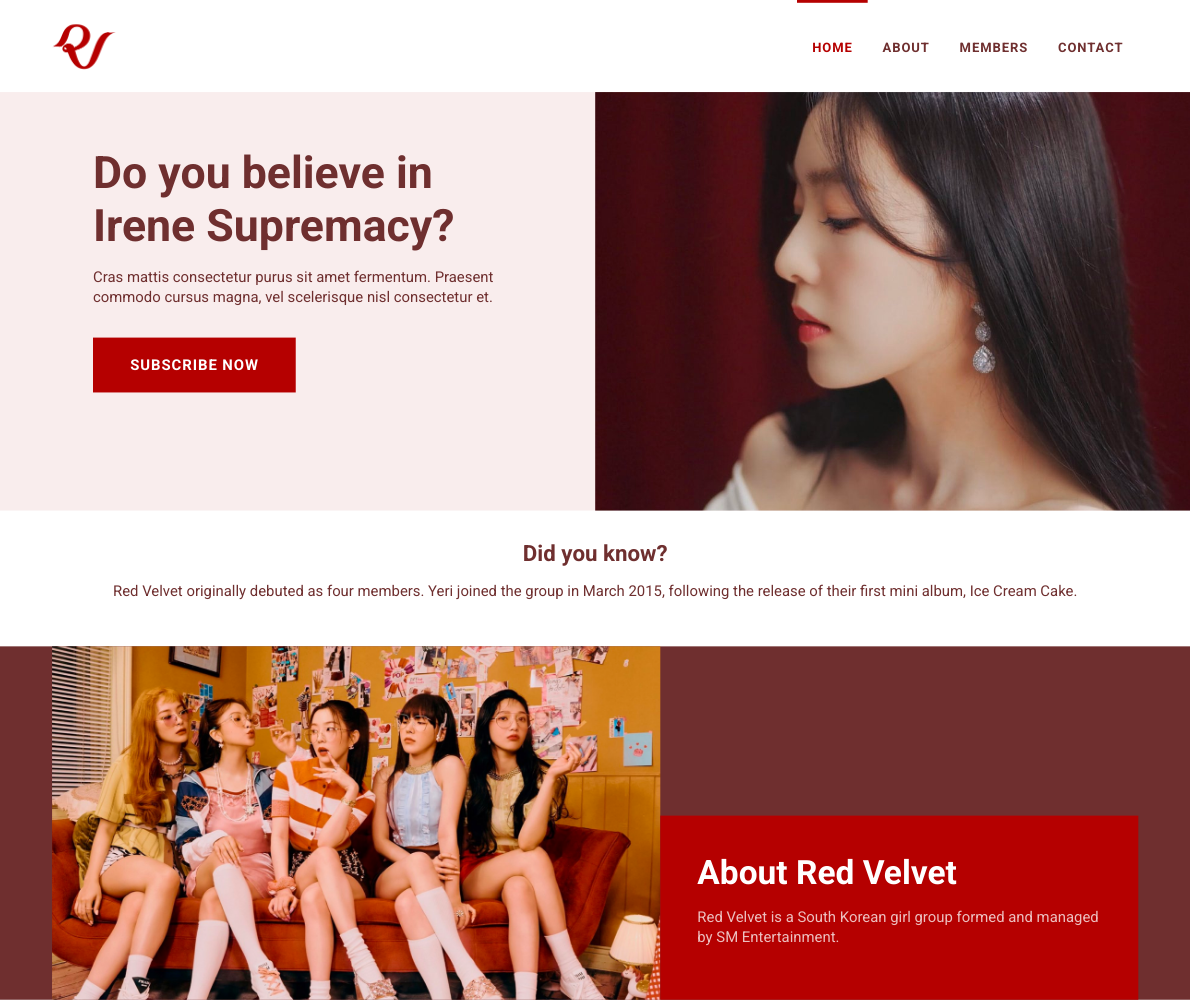
Repository: stillnotdavid/eternity-university
Page: app/index.html
These files come from the project's save history. The page is drawn as it stood at one moment and after the next save; the edit follows.
The browser window is 1280 px wide. The pictures show the whole page, at 93% of full size.
The style sheet was rebuilt from its Sass, Less or Tailwind sources for each picture, by a compiler version that may differ from the author's.

Above is the page before, as saved 2021-12-03 23:57:06.

### app/index.html
<!doctype html>
<html class="no-js" lang="">

<head>
  <meta charset="utf-8">
  <meta name="description" content="">

  <meta name="viewport" content="width=device-width, initial-scale=1, shrink-to-fit=no">
  <title>Red Velvet Fansite</title>
  <link rel="apple-touch-icon" href="apple-touch-icon.png">
  <!-- Place favicon.ico in the root directory -->
  <!-- build:css styles/vendor.css -->
  <!-- endbuild -->
  <!-- build:css styles/main.css -->
  <link rel="stylesheet" href="styles/main.css">
  <!-- endbuild -->
  <!-- build:js scripts/modernizr.js -->
  <script src="scripts/modernizr.js"></script>
  <!-- endbuild -->
</head>

<body>
  <!--[if IE]>
      <p class="browserupgrade">You are using an <strong>outdated</strong> browser. Please <a href="http://browsehappy.com/">upgrade your browser</a> to improve your experience.</p>
    <![endif]-->
  <header class="header">
    <div class="container header__container">
      <a class="header__logo" href="#"><img class="header__logo-image" src="images/logo.png"
          alt="Red Velvet Logo" /></a>
      <nav class="header__nav">
        <ul class="header__nav-links">
          <li class="header__nav-item">
            <a class="header__nav-link header__nav-link--active" href="">Home</a>
          </li>
          <li class="header__nav-item">
            <a class="header__nav-link" href="">About</a>
          </li>
          <li class="header__nav-item">
            <a class="header__nav-link" href="">Members</a>
          </li>
          <li class="header__nav-item">
            <a class="header__nav-link" href="">Contact</a>
          </li>
        </ul>
      </nav>
    </div>
  </header>
  <section class="hero">
    <div class="hero__cta">
      <h1>Do you believe in Irene Supremacy?</h1>
      <p>Cras mattis consectetur purus sit amet fermentum. Praesent commodo cursus magna, vel scelerisque nisl
        consectetur et.</p>
      <a class="button-primary" href="">Subscribe Now</a>
    </div>
    <div class="hero__image">
    </div>
  </section>
  <section class="trivia">
    <div class="container trivia__container">
      <div class="trivia__title">Did you know?</div>
      <p>Red Velvet originally debuted as four members. Yeri joined the group in March 2015, following the release of
        their first mini album, Ice Cream Cake.</p>
    </div>
  </section>
  <section class="about">
    <div class="container about__container">
      <img class="about__image" src="images/group.png" alt="Red Velvet Sitting!">
      <div class="about__text">
        <h2>About Red Velvet</h2>
        <p class="light">Red Velvet is a South Korean girl group formed and managed by SM Entertainment.</p>
      </div>
    </div>
  </section>

  <!-- build:js scripts/vendor.js -->
  <!-- endbuild -->
  <!-- build:js scripts/main.js -->
  <script src="scripts/main.js"></script>
  <!-- endbuild -->
</body>

</html>

### app/styles/main.scss
@import 'partials/colors';
@import 'partials/spacing';
@import 'partials/typography';

@import 'components/button';
@import 'components/header';
@import 'components/hero';
@import 'components/trivia';
@import 'components/about';


* {
  box-sizing: border-box;
}

html,
body {
  padding: 0;
  margin: 0;
}

.container {
  display: flex;
  width: 1200px;
  max-width: 1200px;
  margin: 0 auto;
  padding: 0 $spacing-large;
}

### app/styles/partials/_colors.scss
$color-primary: #B50000;
$color-secondary: #6F2F2F;

$background-primary: #F9EDED;

### app/styles/partials/_spacing.scss
$spacing-xsmall: 2px;
$spacing-small: 4px;
$spacing-medium: 8px;
$spacing-large: 16px;
$spacing-xlarge: 32px;

### app/styles/partials/_typography.scss
@import url('https://fonts.googleapis.com/css2?family=Roboto:wght@400;500;700&display=swap');


body,
html {
  font-family: 'Roboto', sans-serif;
}


$font-small: 14px;
$font-medium: 16px;
$font-large: 18px;
$font-xlarge: 24px;
$font-xxxlarge: 48px;

$font-regular: 400;
$font-medium: 500;
$font-bold: 700;


h1 {
  font-size: $font-xxxlarge;
  font-weight: $font-bold;
  color: $color-secondary;
  margin: $spacing-medium 0;
}

h2 {
  font-size: 36px;
  margin: 0;
}

p {
  font-size: $font-medium;
  color: $color-secondary;
  line-height: 22px;

  &.light {
    color: rgba(255, 255, 255, .75);
  }
}

### app/styles/components/_button.scss
.button-primary {
  display: inline-block;
  background-color: $color-primary;
  padding: 20px 40px;
  text-decoration: none;
  color: white;
  font-size: $font-medium;
  font-weight: $font-bold;
  text-transform: uppercase;
  letter-spacing: 1px;
  margin: $spacing-large 0;
}

### app/styles/components/_header.scss
$_logo-height: 50px;


.header {

  &__container {
    justify-content: space-between;
  }

  &__logo {
    display: flex;
    align-items: center;

    &-image {
      height: $_logo-height;
    }
  }

  &__nav {

    &-links {
      display: flex;
      list-style-type: none;
      padding: 0;
      margin: 0;
    }

    &-item {
      display: flex;
    }

    &-link {
      padding: 40px $spacing-large;
      text-decoration: none;
      color: $color-secondary;
      text-transform: uppercase;
      font-size: $font-small;
      font-weight: $font-bold;
      letter-spacing: 1px;
      border-top: 3px solid transparent;

      &:hover,
      &--active {
        color: $color-primary;
        border-top: 3px solid $color-primary;
      }
    }
  }
}

### app/styles/components/_hero.scss
$_hero-height: 450px;

.hero {
  height: $_hero-height;
  background: $background-primary;
  display: flex;

  &__container {
    align-items: center;
  }

  &__cta {
    flex: 0 0 50%;
    padding: 50px 100px;
  }

  &__image {
    flex: 0 0 50%;
    height: 100%;
    background-image: url('../../images/hero.jpeg');
    background-size: cover;
    background-position: center center;
  }
}

### app/styles/components/_trivia.scss
.trivia {
  text-align: center;
  padding: $spacing-xlarge;

  &__container {
    flex-direction: column;
  }

  &__title {
    font-size: $font-xlarge;
    font-weight: $font-bold;
    color: $color-secondary;
  }
}

### app/styles/components/_about.scss
.about {
  background: $color-secondary;

  &__container {
    align-items: flex-end;
  }

  &__image {
    height: 380px;
  }

  &__text {
    background: $color-primary;
    color: white;
    padding: 40px;
  }
}

Loaded but not shown: app/scripts/main.js (common file)

After the next save:
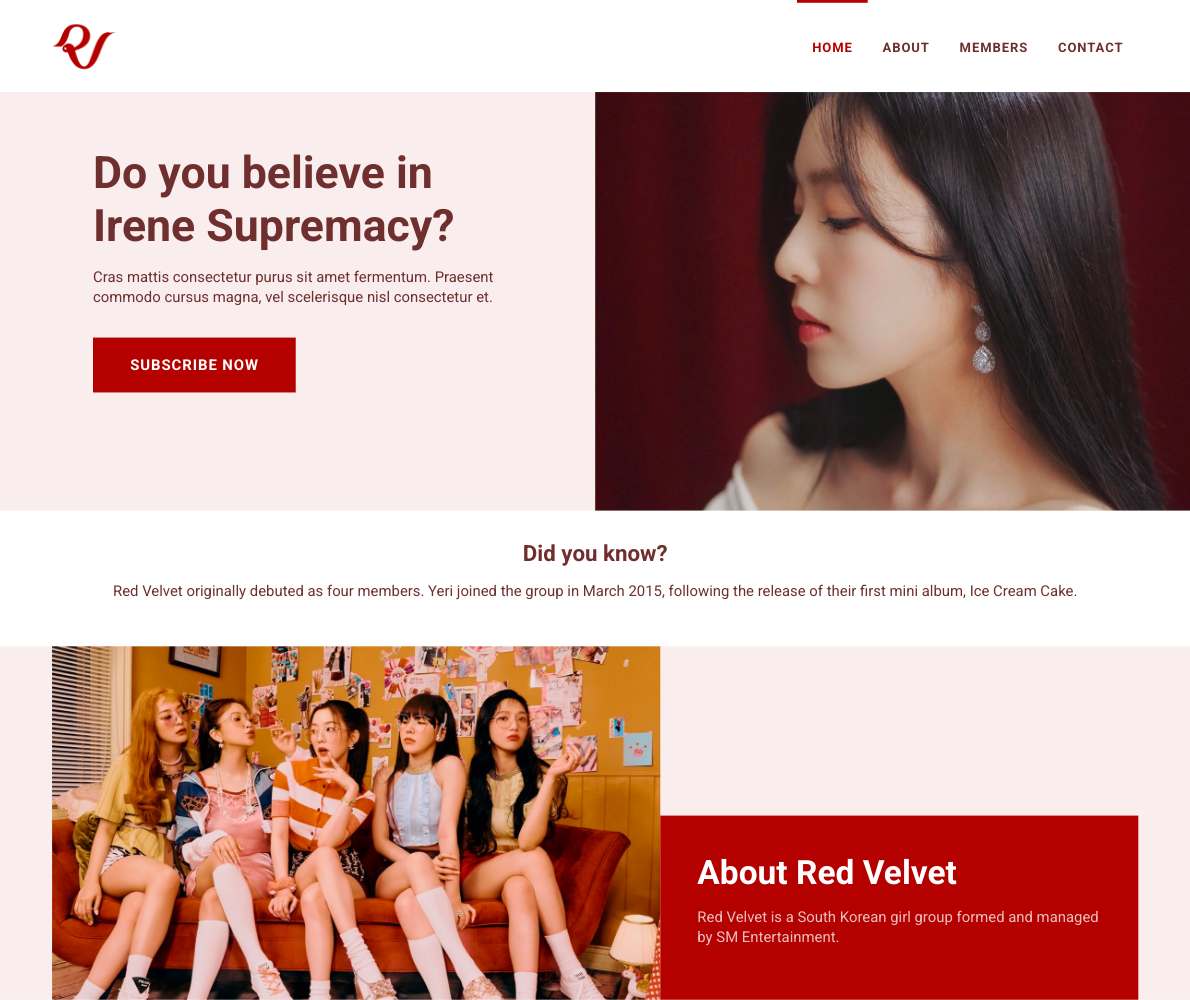
Saved 6 s later.
--- a/app/styles/components/_about.scss
+++ b/app/styles/components/_about.scss
@@ -1,5 +1,5 @@
 .about {
-  background: $color-secondary;
+  background: $background-primary;
 
   &__container {
     align-items: flex-end;
